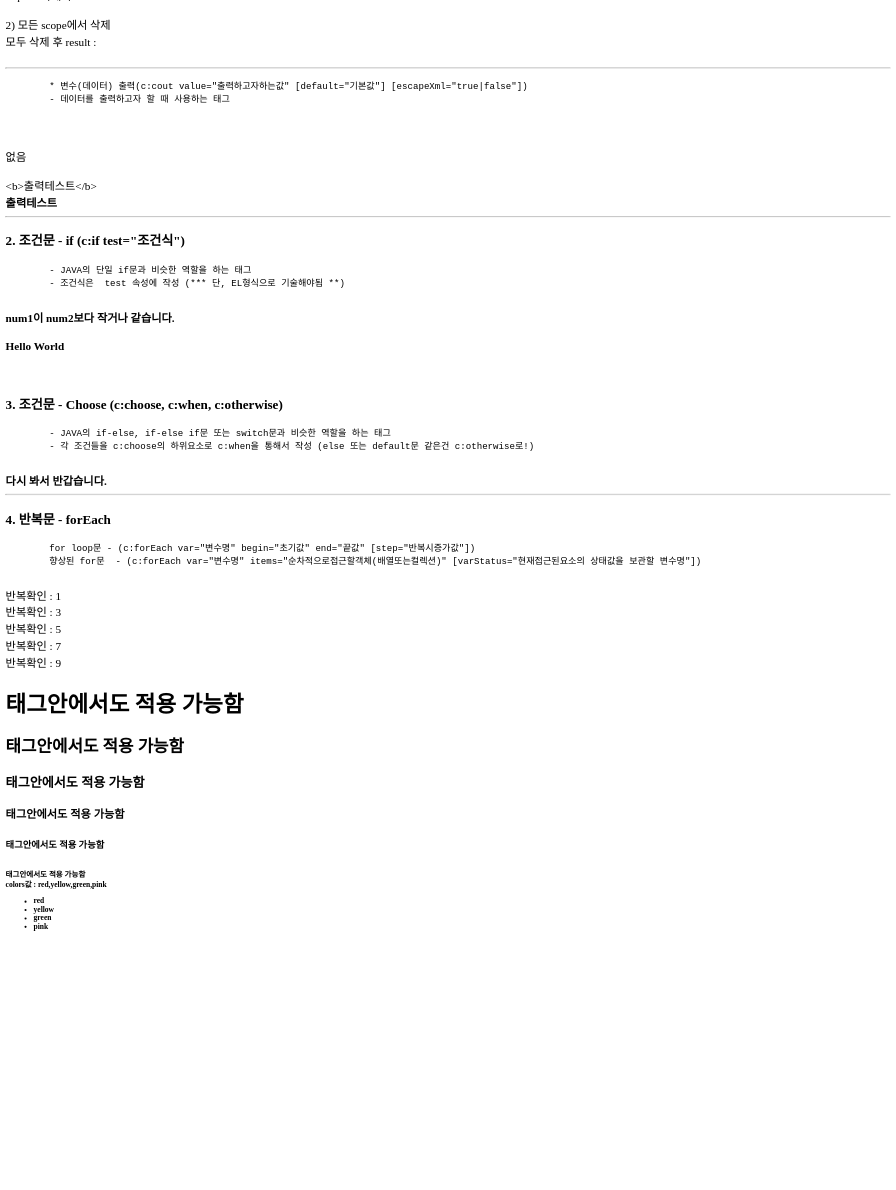
Repository: Young-27/DailyStudy
Page: http://localhost/actionProject/views/3_customAction/01_core.jsp
These files come from the project's save history. The page is drawn as it stood at one moment and after the next save; the edit follows.
The browser window is 1280 px wide. The pictures show the part of the page from y = 732 to 2652 px (the page is 2432 px tall before and 2652 px after), at 70% of full size.
The page is served by Tomcat 9.

Above is the page before, as saved 2021-06-17 10:31:23.

After the next save:
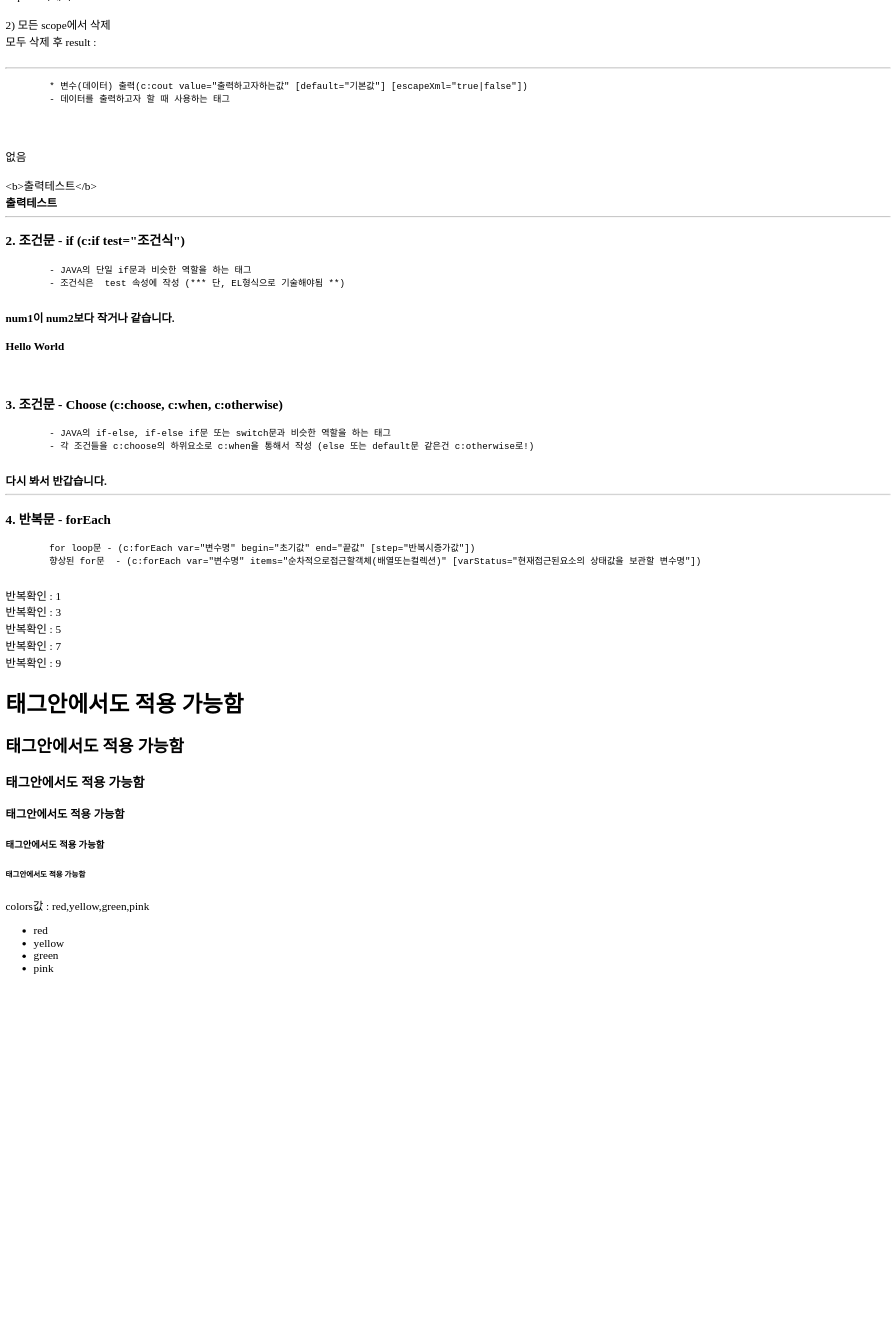
Saved 27 s later.
--- a/Server/web-workspace2/actionProject/WebContent/views/3_customAction/01_core.jsp
+++ b/Server/web-workspace2/actionProject/WebContent/views/3_customAction/01_core.jsp
@@ -173,10 +173,8 @@
 	</c:forEach>
 
 	<c:forEach var="i" begin="1" end="6">
-		<h${i}>태그안에서도 적용 가능함</h{i}>
+		<h${i}>태그안에서도 적용 가능함</h${i}>
 	</c:forEach>
-
-	<br>
 
 	<c:set var="colors">
 		red,yellow,green,pink
